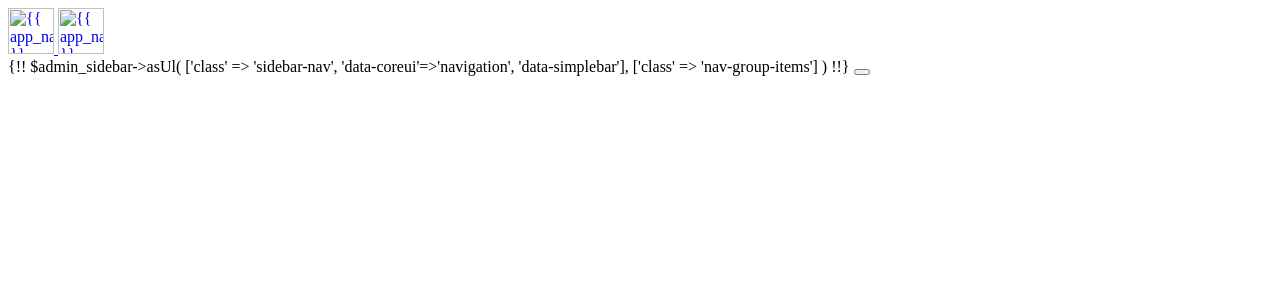
Repository: Autobot-KI/pcare
Page: resources/views/backend/includes/sidebar.blade.php
The author's editor kept a copy of each file at every save. The page is drawn from the files as they stood at one save, then again after the next save.
The browser window is 1280 px wide. The pictures show the whole page.
The page is served by the project's Laravel application, run on PHP 8.4 with Laravel 9.

Above is the page before, as saved 2023-01-19 19:16:10.

After the next save:
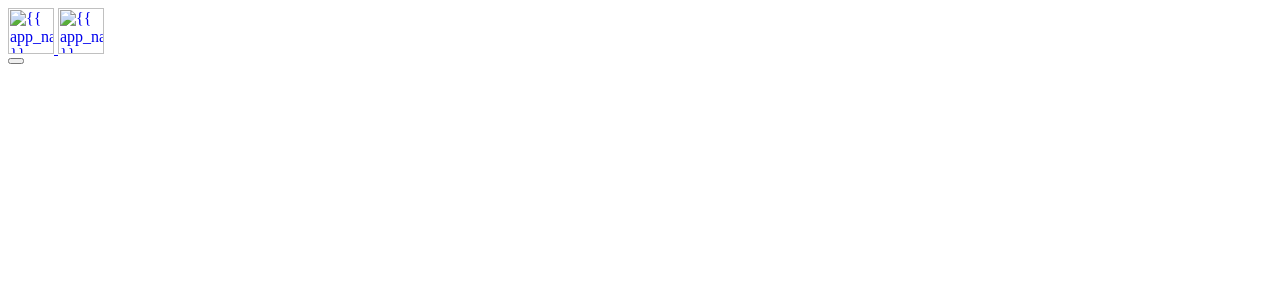
Saved 3 min 17 s later.
--- a/resources/views/backend/includes/sidebar.blade.php
+++ b/resources/views/backend/includes/sidebar.blade.php
@@ -12,7 +12,7 @@
         </svg> -->
     </div>
 
-    {!! $admin_sidebar->asUl( ['class' => 'sidebar-nav', 'data-coreui'=>'navigation', 'data-simplebar'], ['class' => 'nav-group-items'] ) !!}
+    <!-- {!! $admin_sidebar->asUl( ['class' => 'sidebar-nav', 'data-coreui'=>'navigation', 'data-simplebar'], ['class' => 'nav-group-items'] ) !!} -->
 
     <button class="sidebar-toggler" type="button" data-coreui-toggle="unfoldable"></button>
 </div>

After the save that followed:
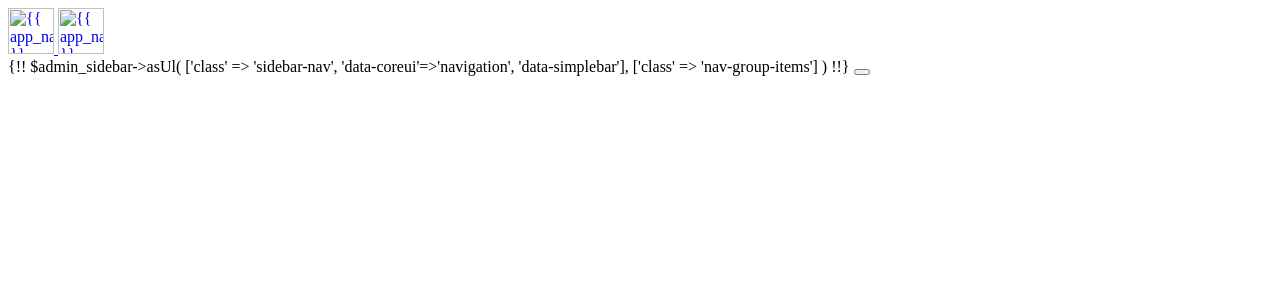
Saved 4 s later.
--- a/resources/views/backend/includes/sidebar.blade.php
+++ b/resources/views/backend/includes/sidebar.blade.php
@@ -12,7 +12,7 @@
         </svg> -->
     </div>
 
-    <!-- {!! $admin_sidebar->asUl( ['class' => 'sidebar-nav', 'data-coreui'=>'navigation', 'data-simplebar'], ['class' => 'nav-group-items'] ) !!} -->
+    {!! $admin_sidebar->asUl( ['class' => 'sidebar-nav', 'data-coreui'=>'navigation', 'data-simplebar'], ['class' => 'nav-group-items'] ) !!}
 
     <button class="sidebar-toggler" type="button" data-coreui-toggle="unfoldable"></button>
 </div>
